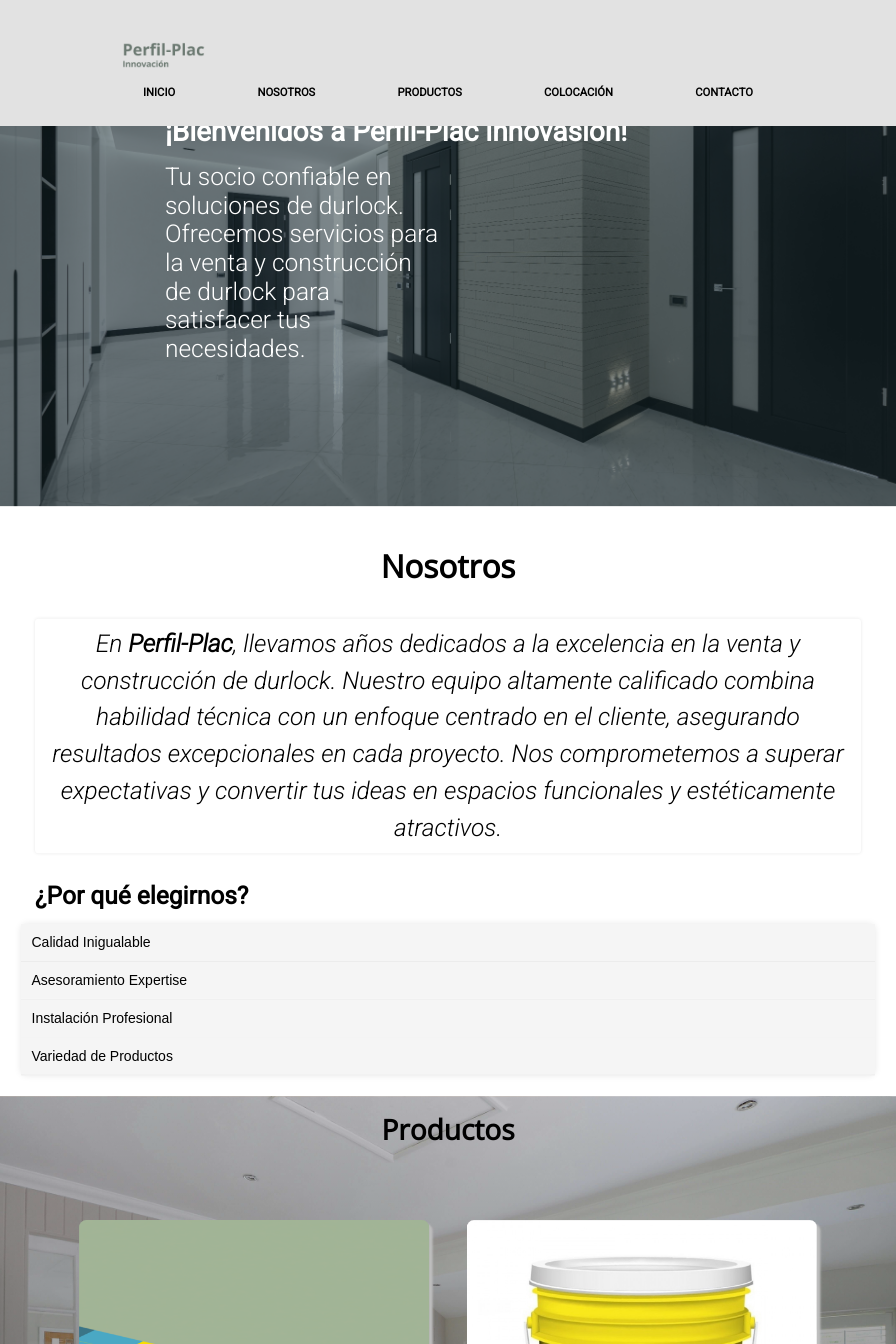
Repository: DamianBermudez94/Perfil-Plac
Page: /
An editor plug-in stored every save of this project. The page is shown before and after the next save, followed by the edit.
The browser window is 1280 px wide. The pictures show the part of the page from y = 0 to 1920 px (the page is 5301 px tall), at 70% of full size.
Backgrounds fixed to the window are drawn as part of the page. The project was rebuilt for these pictures with package versions that can differ from the ones it lists, and the page was loaded fresh each time. Also part of the build but not shown: vite.config.js, src/index.css.

Above is the page before, as saved 2024-02-21 10:40:37.

### index.html
<!DOCTYPE html>
<html lang="en">
  <head>
    <meta charset="UTF-8" />
    <link rel="preconnect" href="https://fonts.googleapis.com" />
    <link rel="preconnect" href="https://fonts.gstatic.com" crossorigin />
    <link
      href="https://fonts.googleapis.com/css2?family=Open+Sans:wght@300;400&family=Roboto:ital,wght@0,300;0,400;1,300&display=swap"
      rel="stylesheet"
    />
    <link
      rel="icon"
      type="image/png"
      sizes="32x32"
      href="/public/favicon-32x32.png"
    />
    <meta name="author" content="Damián Bermúdez" />
    <meta name="viewport" content="width=device-width, initial-scale=1.0" />
    <meta
      name="description"
      content="Somos una empresa que se dedica a la venta y colocación de insumos para la construcción en seco"
    />
    <title>Perfil-Plac Innovasión</title>
  </head>
  <body>
    <div id="root"></div>
    <script type="module" src="/src/main.jsx"></script>
  </body>
</html>

### src/App.jsx
import { Footer } from "./components/Footer/Footer";
import { Header } from "./components/Header/Header";
import { Main } from "./components/Main/Main";
import "./App.css";

function App() {
  return (
    <>
      <Header></Header>
      <Main></Main>
      <Footer></Footer>
    </>
  );
}

export default App;

### src/components/Footer/Footer.jsx
import { FaFacebookF } from "react-icons/fa";
import { FaInstagram } from "react-icons/fa";
import { FaWhatsapp } from "react-icons/fa";
import { TfiEmail } from "react-icons/tfi";
import logoImagen from "../../img/PerfilPlac.png"
import "./styles.css";
export const Footer = () => {
  return (
    <footer className="footer">
      <div className="footer-container">
        <div className="footer-logo-container">
          <img src={logoImagen} alt="perfil-plac" className="logo-footer" />
        </div>
        <div className="content-icon">
          <ul className="container-red__social">
            <li className="icon-content">
              <a
                href=""
                className="link"
                data-social="facebook"
                aria-label="Facebook"
              >
                <FaFacebookF className="icon-facebook" />
              </a>

              <div className="tooltip">Facebook</div>
            </li>
            <li className="icon-content">
              <a
                href=""
                className="link"
                data-social="instagram"
                aria-label="Instagram"
              >
                <FaInstagram />
              </a>

              <div className="tooltip">Instagram</div>
            </li>
            <li className="icon-content">
              <a
                href=""
                className="link"
                data-social="whatsapp"
                aria-label="Whatsapp"
              >
                <FaWhatsapp />
              </a>

              <div className="tooltip">Whatsapp</div>
            </li>
            <li className="icon-content">
              <a
                href=""
                className="link"
                data-social="email"
                aria-label="Email"
              >
                <TfiEmail />
              </a>

              <div className="tooltip">Email</div>
            </li>
          </ul>
        </div>
        <div className="custom-line"></div>
        <div className="footer-legal__text">
          <p>@2024 Perfil-Plac innovación</p>
          <span>
            <a href="https://damianbermudezdev.es/" target="__blank">
              Hecho por DB|WEB &#169;
            </a>
          </span>
        </div>
      </div>
    </footer>
  );
};

### src/components/Header/Header.jsx
import { useState } from "react";

import { BrowserRouter as Router } from "react-router-dom";
import { NavHashLink, HashLink } from "react-router-hash-link";
import logoImagen from "../../img/PerfilPlac.png";
import "./styles.css";
export function Header() {
  const [isActive, setActive] = useState(false);

  function closeMenu() {
    setActive(false);
  }

  return (
    <header className="header header-fixed">
      <Router>
        <HashLink smooth to="#home" className="logo">
          <figure>
            <img src={logoImagen} alt="Perfil-Plac" />
          </figure>
        </HashLink>

        <nav className={isActive ? "active" : ""}>
          <NavHashLink smooth to="#home" onClick={closeMenu}>
            Inicio
          </NavHashLink>
          <NavHashLink smooth to="#nosotros" onClick={closeMenu}>
            Nosotros
          </NavHashLink>
          <NavHashLink smooth to="#productos" onClick={closeMenu}>
            Productos
          </NavHashLink>
          <NavHashLink smooth to="#servicios" onClick={closeMenu}>
            Colocación
          </NavHashLink>
          <NavHashLink smooth to="#contacto" onClick={closeMenu}>
            Contacto
          </NavHashLink>
        </nav>

        <div
          aria-expanded={isActive ? "true" : "false"}
          aria-haspopup="true"
          aria-label={isActive ? "Fechar menu" : "Abrir menu"}
          className={isActive ? "menu active" : "menu"}
          onClick={() => {
            setActive(!isActive);
          }}
        ></div>
      </Router>
    </header>
  );
}

### src/components/Main/Main.jsx
import Contacto from "../Contacto/Contacto";
import { Producto } from "../Producto/Producto";
import Servicios from "../Servicios/Servicios";
import Nosotros from "../Nosotros/Nosotros";
import Inicio from "../Home/Home";
export function Main() {
  return (
    <main>
      <Inicio />
      <Nosotros />
      <Producto />
      <Servicios />
      <Contacto/>
    </main>
  );
}

### src/App.css
* {
  margin: 0;
  padding: 0;
  box-sizing: border-box;
}

.App {
  width: 100%;
  padding-top: 80px; /* Ajusta este valor según la altura de tu barra de navegación */
}
body {

  font-family: "Roboto", sans-serif;
  font-weight: 300;
  font-style: normal;
}
h1{
  font-family: 'Open Sans', sans-serif;
}
a {
  text-decoration: none;
}

.logo img {
  width: 150px;
  height: 50px;
  object-fit: cover;
  margin-top: 30px;
}

### src/components/Footer/styles.css
/**--Estilos del footer--**/
.footer {
    display: flex;
    justify-content: space-around;
    background-color: #e2e2e2;
    padding: 20px;
  }

  .footer-container {

    display: grid;
    grid-template-columns: repeat(3, 1fr);

    justify-items: center;
    align-items: center;
  }

  .footer-logo-container {
    display: flex;
    justify-content: center;
    align-items: center;
    grid-column: span 1;
  }
  .logo-footer {
    width: 150px;
    height: 100px;
    object-fit: cover;

  }
  .content-icon{
    grid-column:  3;
  }

  .footer-legal__text p {
    margin-bottom: 20px;

  }
  .footer-legal__text{
    grid-column:span 4 ;
  }
  .footer-legal__text span {
    margin-top: 20px;
    font-weight: 600;

  }

  .footer-legal__text span a {
    color: #4c4c4c;
    text-decoration: none;
    cursor: pointer;
  }
  .custom-line {
    width: 100%;
    height: 1px;
    background-color: #6c7a72;
    margin: 10px 0;
    box-shadow: 0 0 5px 0 rgba(0, 0, 0, 0.5);
    grid-column: span 4;
  }
  @media (max-width: 920px) {
    .footer {
      height: 350px;
    }

    .footer-container {
      display: flex;
      flex-direction: column;
      justify-content: center;
      align-items: center;
    }
    .footer-container div {
      margin: 10px;
    }
  }

### src/components/Header/styles.css
.header {
  width: 100%;

  padding: 1.8rem 10rem;
  background-color: #e2e2e2;
  position: fixed;
  top: 0;
  left: 0;
  z-index: 1000;
}

nav {
  display: flex;
  align-items: center;
  justify-content: space-around;
  gap: 1.8rem;

  a {
    color: #000;
    padding: 0.6rem;
    font-weight: bold;
    text-transform: uppercase;
    transition: filter 0.25s;

    &.button {
      padding: 0.6rem 5rem;
    }

    &:hover {
      filter: brightness(0.6);
      color: #6c7a72;
    }
  }
}

.menu-container {
  cursor: pointer;
  padding: 0.6rem 0;
}

.menu {
  width: 2rem;
  height: 0.2rem;
  background: #ffff;
  position: relative;
  cursor: pointer;
  display: none;

  &:before {
    bottom: 0.5rem;
  }
  &:after {
    top: 0.5rem;
  }

  &.active:before {
    bottom: 0;
    transform: rotate(45deg);
  }

  &.active:after {
    top: 0;
    transform: rotate(135deg);
  }

  &.active {
    background-color: rgba(0, 0, 0, 0);
  }
}

.menu:before,
.menu:after {
  content: "";
  display: block;
  position: absolute;
  width: 100%;
  height: 0.2rem;
  background: #ffff;
  cursor: pointer;
  transition: 0.6s;
}

@media (max-width: 960px) {
  .menu {
    display: block;
  }

  nav {
    -ms-overflow-style: none;
    scrollbar-width: none;
    overflow: hidden;
    opacity: 0;
    visibility: hidden;
    flex-direction: column;

    align-items: center;
    position: fixed;
    width: 100%;
    height: 100vh;
    background-color: var(--blue);
    top: 140px;
    left: 0;
    transition: opacity 0.25s;
    background-color: rgba(255, 255, 255, 0);
    backdrop-filter: blur(19px);
    color:#6c7a72;
    a.button {
      background-color: var(--pink);
    }

    &.active {
      opacity: 1;
      visibility: visible;
    }
  }
}

### src/components/Servicios/Servicios.jsx
import React from "react";
import { Transition } from "react-transition-group";

import imagen1 from "../../img/fondo1.jpg";
import imagen2 from "../../img/fondo2.jpg";
import imagen3 from "../../img/fondo3.jpg";
import imagen4 from "../../img/fondo4.jpg";
import "./styles.css";

const Servicios = () => {
  const [inProp, setInProp] = React.useState(false);

  React.useEffect(() => {
    // Activa la transición después de que el componente se monte
    setInProp(true);
  }, []);
  return (
    <Transition in={inProp} timeout={500}>
      {(state) => (
        <div
          style={{
            transition: `opacity 0.5s ease-in-out`,
            opacity: state === "entering" || state === "entered" ? 1 : 0,
          }}
        >
          <section className="container-servicios" id="servicios">
            <h1>Colocación</h1>
            <div className="content-colocacion">
              <h2>Hacemos que tus proyectos se vuelvan realidad</h2>
              <div className="container-img">
                <figure>
                  <img src={imagen1} alt="Perfil-Plac" />
                </figure>
              </div>
              <div className="container-img">
                <figure>
                  <img src={imagen2} alt="Perfil-Plac" />
                </figure>
              </div>
              <div className="container-img">
                <figure>
                  <img src={imagen3} alt="Perfil-Plac" />
                </figure>
              </div>
              <div className="container-img">
                <figure>
                  <img src={imagen4} alt="Perfil-Plac" />
                </figure>
              </div>
            </div>
            <p className="servicios-description">
              Tus proyectos se vuelven realidad con nuestros servicios expertos
              en colocación de durlock. ¡Confía en nosotros para transformar tus
              espacios!
            </p>
          </section>
        </div>
      )}
    </Transition>
  );
};

export default Servicios;

### src/components/Home/Home.jsx
import React from "react";
import { Transition } from "react-transition-group";

import "./styles.css"
const Inicio = () => {
  const [inProp, setInProp] = React.useState(false);

  React.useEffect(() => {
    // Activa la transición después de que el componente se monte
    setInProp(true);
  }, []);
  return (
    <Transition in={inProp} timeout={500}>
      {(state) => (
        <div
          style={{
            transition: `opacity 0.5s ease-in-out`,
            opacity: state === "entering" || state === "entered" ? 1 : 0,
          }}
        >
          {/* Contenido de tu componente */}
          <section className="home-container" id="home">
            <div className="home-banner-container">
              <div className="home-text-section">
                <h2>¡Bienvenidos a Perfil-Plac innovasión!</h2>
                <p>
                Tu socio confiable en soluciones de durlock. Ofrecemos servicios para la venta y construcción de durlock para satisfacer tus necesidades.
                </p>

              </div>
            </div>
          </section>
        </div>
      )}
    </Transition>
  );
};

export default Inicio;

### src/components/Servicios/styles.css

.container-servicios h1 {
  grid-column: span 4;
}
.content-colocacion {
  display: grid;
  grid-template-columns: repeat(2, 1fr);
  place-items: center;
  gap: 20px;
  margin: 0 auto;
}
.content-colocacion h2 {
  grid-column: span 2;
}
.container-img {
  overflow: hidden;
  border-radius: 8px;
  box-shadow: 0 0 10px rgba(0, 0, 0, 0.1);
}

.container-img img {
  width: 100%;
  max-width: 500px;
  height: auto;
  display: block;
  border-radius: 8px;
}
.servicios-description {
  margin: 10px;
  padding: 20px;
  font-size: 20px;
}

@media (max-width: 960px) {
  .content-colocacion {
    grid-template-columns: repeat(1, 1fr);
  }
  .content-colocacion h2 {
    grid-column: span 1;
  }
  .container-img img {
    max-width: 350px;
  }
}

### src/components/Acordion/Accordion.tsx
import { useState } from "react";
import React from 'react';
import "./style.css";



export const Accordion = ({ question, answer }) => {
  const [isOpen, setIsOpen] = useState(false);

  const toggleAccordion = () => {
    setIsOpen(!isOpen);
  };



  return (
    <div className={`accordion-item ${isOpen ? 'active' : ''}`}>
      <button className="accordion-header" onClick={toggleAccordion}>
        {question}
      </button>
      <div className="accordion-content">
        {isOpen && <p>{answer}</p>}
      </div>
    </div>

  );
};

### src/components/Nosotros/styles.css
/***--Seccion Nosotros--***/

.container-text__nosotros {
    padding: 30px;
    display: flex;
    align-items: center;
    justify-content: space-between;
    flex-direction: column;
  }
  .container-text__nosotros h1 {
    max-width: 100%;
    font-size: 45px;
    margin: 25px;
    text-align: center;
  }
  .container-text__nosotros h2 {

    font-size: 35px;

    width: 100%;
    max-width: 1300px;
    text-align: left;
    padding: 20px;
  }
  .container-text__nosotros p {
    max-width: 1300px;
    font-size: 35px;
    text-align: center;
    padding: 10px;
    margin: 20px;
    letter-spacing: normal;
    font-style: italic;
    line-height: 1.5;
    border-radius: 5px;
    box-shadow: 0 0 5px rgba(0, 0, 0, 0.1);
    transition: background-color 0.3s ease;
  }

  .container-text__nosotros p:hover {
    background-color: #e2e2e2;
  }

  .container-text__nosotros .button-informacion {
    margin-top: 30px;
    color: #6c7a72;
  }
  @media screen and (max-width: 560px) {
    .container-text__nosotros h1 {
      font-size: 35px;
    }
    .container-text__nosotros p {
      font-size: 25px;
      text-align: center;
    }
  }

### src/components/Home/styles.css
/**--Estilos Home--**/

.home-container {
    width: 100%;
    height: 723px;
    background-image: url("../../img/pexels-max-rahubovskiy-6238608.jpg");
    background-position: center;
    background-size: cover;
  }
  .home-banner-container {
    width: 100%;
    height: 100%;
    display: flex;
    justify-content: center;
    align-items: center;
    padding: 3rem;
    background-color: rgba(25, 45, 48, 0.5);
  }

  .home-text-section {
    width: 70%;
    display: flex;
    flex-direction: column;
    justify-content: center;
    align-content: flex-start;
  }
  .home-banner-container h2 {
    font-size: 40px;
    color: #ffffff;
    padding: 10px;
  }
  .home-text-section p {
    width: 50%;
    font-size: 35px;
    color: #fff;
    padding: 10px;
    margin-bottom: 40px;
  }



  @media screen and (max-width: 1290px) {
    .button-informacion {
      width: 35%;
    }
    .button-informacion svg {
      margin-left: 0.75rem;
      font-size: 1.5rem;
      display: none;
    }
  }

  @media screen and (max-width: 1110px) {
    .home-banner-container {
      padding: 0.5rem;
    }

    .button-informacion {
      width: 35%;
      font-size: 1rem;
    }
    .button-informacion svg {
      margin-left: 0.75rem;
      font-size: 1.5rem;
      display: none;
    }
  }

  @media screen and (max-width: 760px) {
    .home-banner-container {
      padding: 0.5rem;
    }

    .home-text-section p {
      font-size: 30px;
      width: 80%;
    }
    .home-banner-container .button-informacion {
      width: 50%;
      display: block;
    }

  }
  @media screen and (max-width: 560px) {
    .home-banner-container .button-informacion {
      width: 80%;
      display: block;
    }
    .home-banner-container h2 {
      font-size: 35px;
      color: #ffffff;
      padding: 10px;
    }
    .home-text-section p {
      font-size: 24px;
    }
  }

### src/components/Acordion/style.css
.accordion-container {
  max-width: 1300px;
  width: 100%;
  background-color: #fff;
  border-radius: 8px;
  box-shadow: 0 0 10px rgba(0, 0, 0, 0.1);


}
.accordion-item {

  border-bottom: 1px solid #e0e0e0;
  transition: 0.5s ease;


}
.accordion-header {
  padding: 15px;
  cursor: pointer;
  background-color: #f5f5f5;
  border: none;
  font-size: 20px;
  text-align: left;
  outline: none;
  width: 100%;
  display: flex;
  align-items: center;
  justify-content: space-between;



}
.accordion-content {
  display: none;
  padding: 15px;

}
.accordion-content p {
  font-size: 20px;
}
.accordion-item.active .accordion-content {
  display: block;


}

Loaded but not shown: src/main.jsx (common file); src/components/Producto/styles.css (636 lines, source omitted); src/components/Producto/Producto.jsx (149 lines, source omitted); src/components/Contacto/styles.css (256 lines, source omitted); src/components/Contacto/Contacto.jsx (104 lines, source omitted); src/components/Nosotros/Nosotros.jsx (60 lines, source omitted)

After the next save:
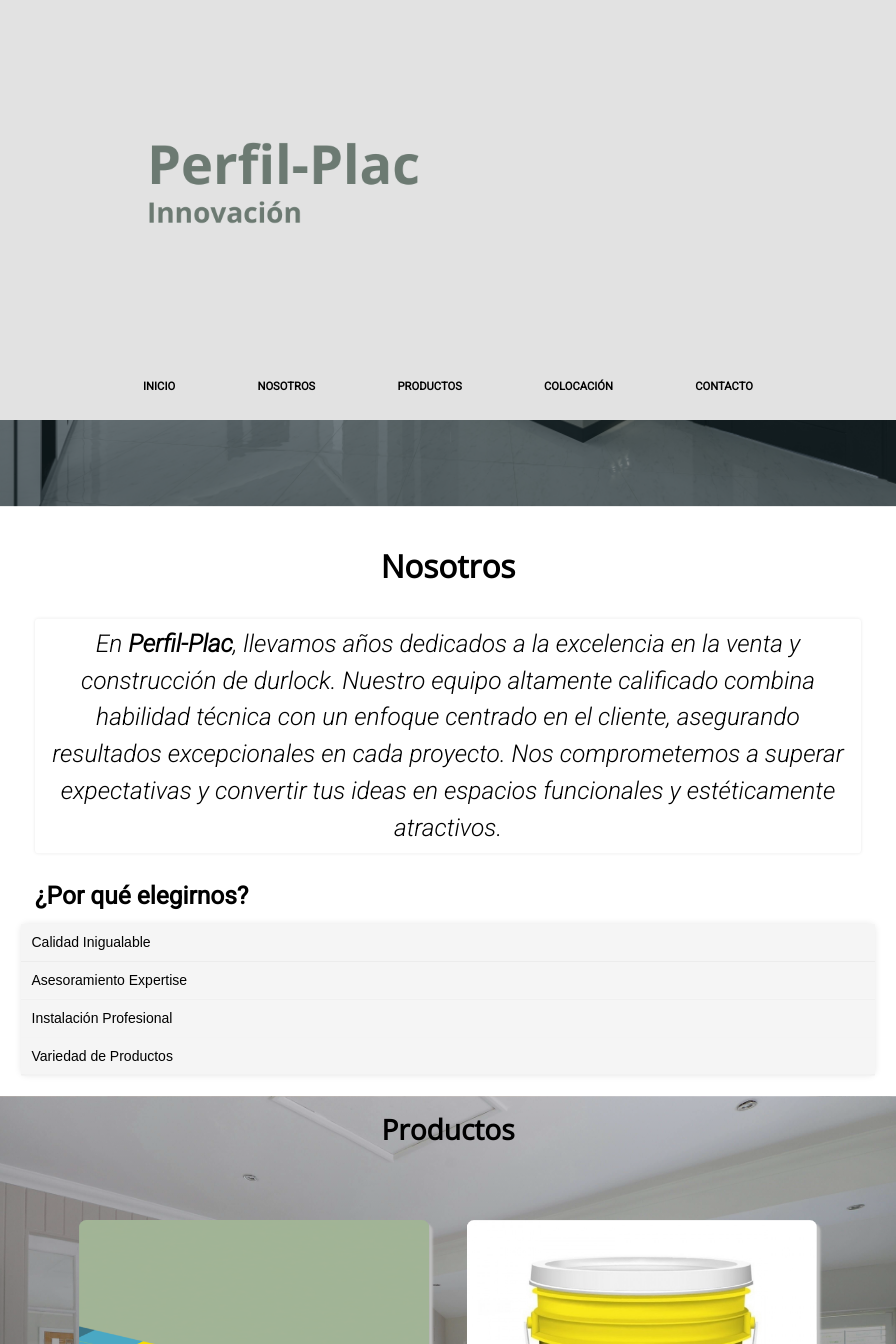
Saved 24 s later.
--- a/src/App.css
+++ b/src/App.css
@@ -20,10 +20,3 @@
 a {
   text-decoration: none;
 }
-
-.logo img {
-  width: 150px;
-  height: 50px;
-  object-fit: cover;
-  margin-top: 30px;
-}

After the save that followed:
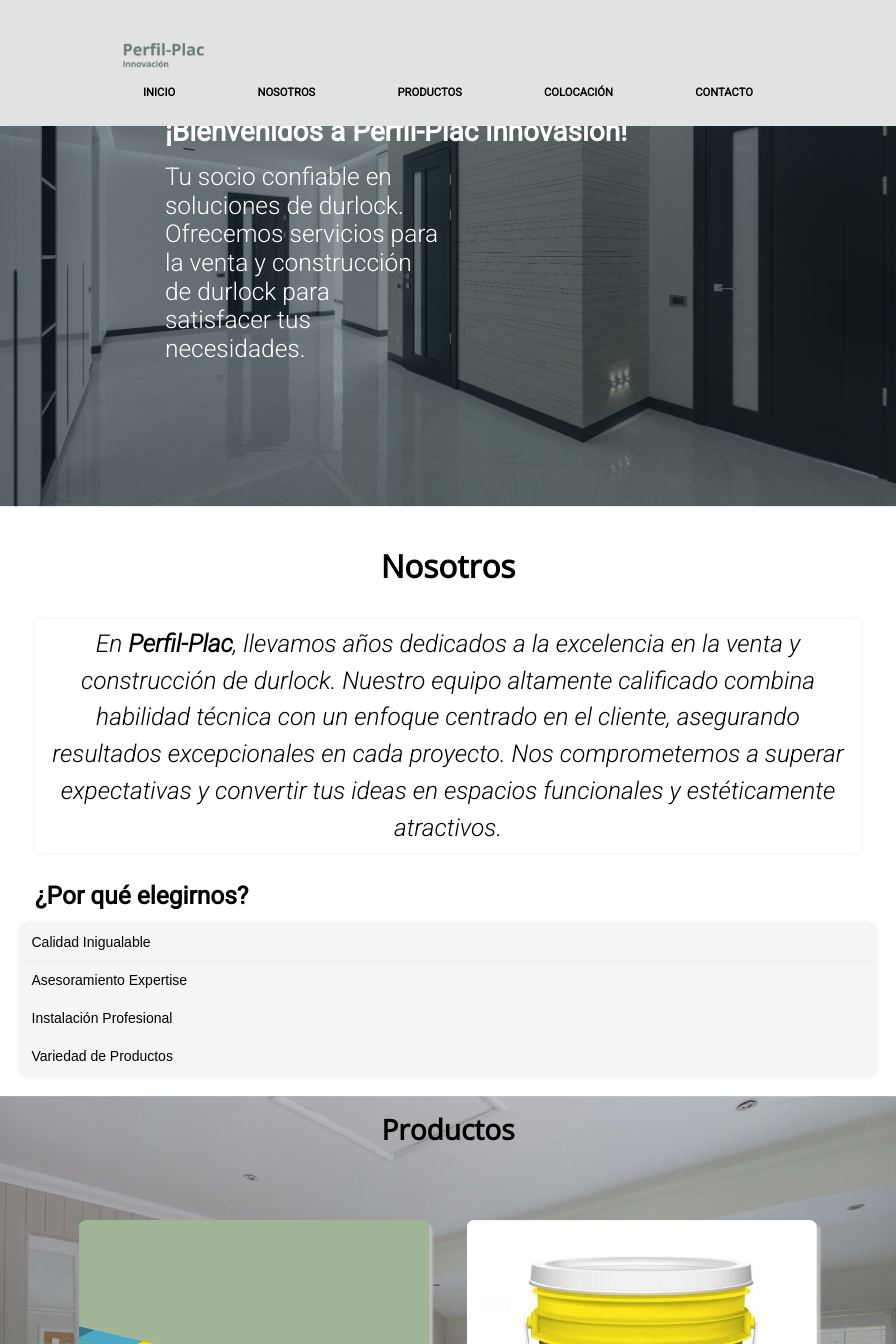
Saved 9 s later.
--- a/src/components/Header/styles.css
+++ b/src/components/Header/styles.css
@@ -32,7 +32,12 @@
     }
   }
 }
-
+.logo img {
+  width: 150px;
+  height: 50px;
+  object-fit: cover;
+  margin-top: 30px;
+}
 .menu-container {
   cursor: pointer;
   padding: 0.6rem 0;
